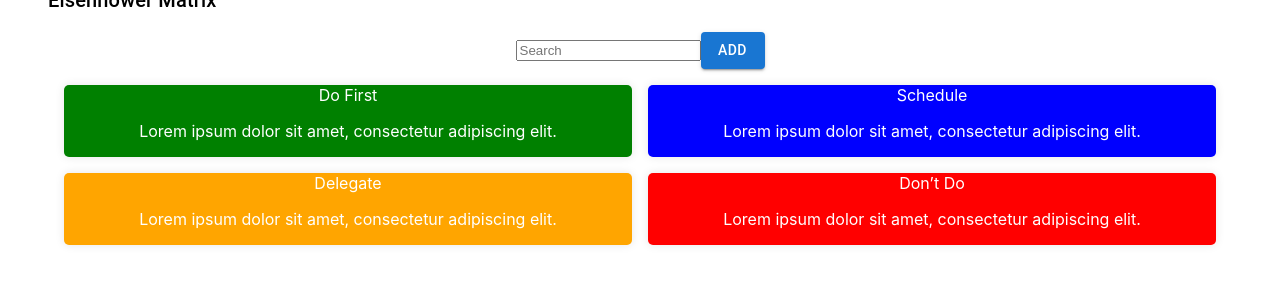
Repository: GokulDev4U/Krixi_react_assignment
Page: /, after clicking the first element matching `button.MuiButtonBase-root`
These files come from the project's save history. The page is drawn as it stood at one moment and after the next save; the edit follows.
The browser window is 1280 px wide. The pictures show the whole page.
The project was rebuilt for these pictures with package versions that can differ from the ones it lists, and the page was loaded fresh each time.

Above is the page before, as saved 2022-04-04 13:01:41.

### src/App.js
import React from "react";
// import { Counter } from "./features/counter/Counter";
import { Container, Grid, Button, Typography } from "@mui/material";
import Card from "./Components/card/Card";
import "./App.css";

function App() {
  return (
    <div className="App">
      <Container sx={{ flexGrow: 1 }}>
        <Grid container spacing={2}>
          <Typography variant="h6">Eisenhower Matrix</Typography>
          <Grid item xs={12}>
            <input type="text" placeholder="Search" />
            <Button variant="contained" color="primary">
              Add
            </Button>
          </Grid>
          <Grid item xs={6}>
            <Card color="green" title="Do First" />
          </Grid>
          <Grid item xs={6}>
            <Card color="blue" title="Schedule" />
          </Grid>
          <Grid item xs={6}>
            <Card color="orange" title="Delegate" />
          </Grid>
          <Grid item xs={6}>
            <Card color="red" title="Don’t Do" />
          </Grid>
        </Grid>
      </Container>
    </div>
  );
}

export default App;

### src/Components/card/Card.jsx
import React from 'react';
import './Card.css';

const Card = ({ color, title }) => {
  return (
    <div className='box' style={{ backgroundColor: `${color}` }}>
      <div className="card-title">
        {title}
      </div>
      <div className="card-content">
        <p>
          Lorem ipsum dolor sit amet, consectetur adipiscing elit.
        </p>
      </div>
    </div>
  );
};

export default Card;

### src/features/counter/counterSlice.js
import { createSlice } from "@reduxjs/toolkit";

const initialState = {
  value: 0,
  status: "idle",
};

export const counterSlice = createSlice({
  name: "counter",
  initialState,
  // The `reducers` field lets us define reducers and generate associated actions
  reducers: {
    increment: (state) => {
      state.value += 1;
    },
    decrement: (state) => {
      state.value -= 1;
    },
    // Use the PayloadAction type to declare the contents of `action.payload`
    incrementByAmount: (state, action) => {
      state.value += action.payload;
    },
  },
});

export const { increment, decrement, incrementByAmount } = counterSlice.actions;

export const selectCount = (state) => state.counter.value;

export default counterSlice.reducer;

### src/Components/card/Card.css
 .box{
    width: 100%;
    height: 100%;
    color: #fff;
    border-radius: 5px;
    box-shadow: 0 0 10px rgba(0,0,0,0.1);
    overflow: hidden;
    /* position: relative;
    transition: all 0.3s ease-in-out; */
    cursor: pointer;
 }

Loaded but not shown: public/index.html (common file); src/index.js (common file); src/index.css (common file); src/app/store.js (common file); src/serviceWorker.js (common file); src/App.css (common file)

After the next save:
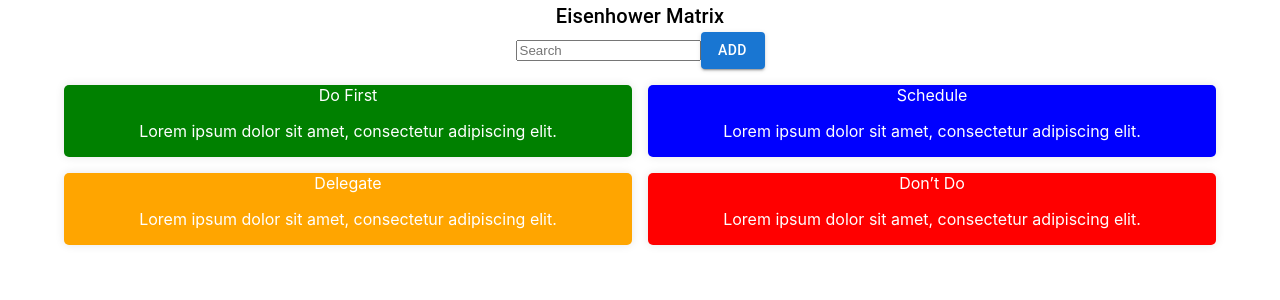
Saved 11 s later.
--- a/src/App.js
+++ b/src/App.js
@@ -8,8 +8,8 @@ function App() {
   return (
     <div className="App">
       <Container sx={{ flexGrow: 1 }}>
+        <Typography variant="h6">Eisenhower Matrix</Typography>
         <Grid container spacing={2}>
-          <Typography variant="h6">Eisenhower Matrix</Typography>
           <Grid item xs={12}>
             <input type="text" placeholder="Search" />
             <Button variant="contained" color="primary">
